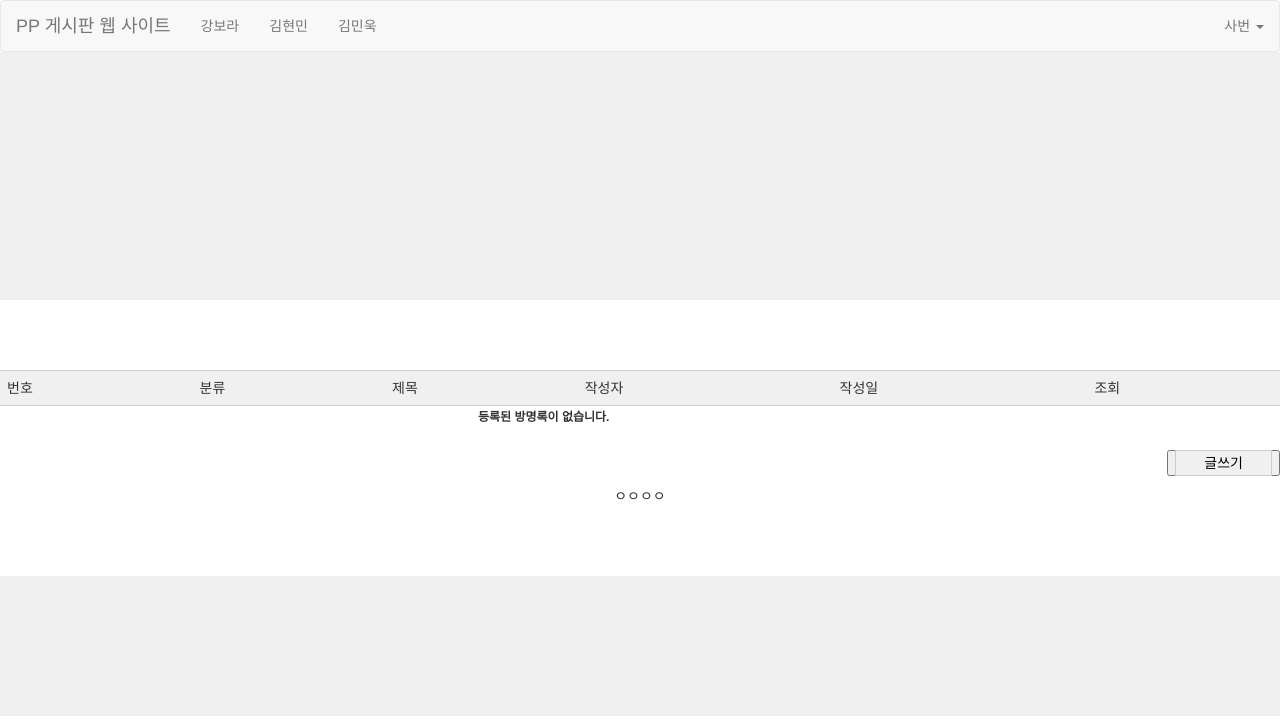
Repository: hyunminini/CommunityPage
Page: http://localhost/PP_Project/empMain.jsp
These files come from the project's save history. The page is drawn as it stood at one moment and after the next save; the edit follows.
The browser window is 1280 px wide. The pictures show the whole page.
Some web libraries are served in a nearby version. The page is served by Tomcat 9. Other server files are loaded and not shown. The template is opened directly, without the code that normally fills it, so the values that code supplies are empty.

Above is the page before, as saved 2022-09-28 07:25:38.

### PP_Project/WebContent/empMain.jsp
<%@ page language="java" contentType="text/html; charset=utf-8" pageEncoding="utf-8"%>
<%@ taglib prefix="c" uri="http://java.sun.com/jsp/jstl/core" %>
<%@ taglib prefix="fn" uri="http://java.sun.com/jsp/jstl/functions" %>

<!DOCTYPE html>
<html>
<head>
<meta http-equiv="Content-Type" content="text/html; charset=utf-8">
<meta name="viewport" content="width=device-width" initial-scal="1">
<link rel="stylesheet" href="css/bootstrap.css">
<link rel="stylesheet" href="css/layout.css">
<link rel="stylesheet" href="css/board-list.css">
<title>Main.jsp</title>


</head>
<body>

<!-- 네비게이션 -->
<nav class="navbar navbar-default">
		<!-- 네비게이션 상단 Header  -->
		<div class="navnar-header">
			<button
				type="button"
				class="navbar-toggle collapese"
				data-toggle="collapse"
				data-target="#bs-example-navbar-collapse-1"
				aria-expanded="false">

				<span class="icon-bar"></span>
				<span class="icon-bar"></span>
				<span class="icon-bar"></span>
			</button>
			<a class="navbar-brand" href="main.jsp">
				PP 게시판 웹 사이트
			</a>
		</div>

		<!-- 메뉴 영역 깃허브 링크 이동 -->
		<div class="collapse navbar-collapse" id="bs-example-navbar-collapse-1">
			<ul class="nav navbar-nav">
				<li><a href="#">강보라</a></li>
				<li><a href="#">김현민</a></li>
				<li><a href="#">김민욱</a></li>
			</ul>

			<!-- 메뉴 드랍다운 영역 -->
			<ul class="nav navbar-nav navbar-right">
				<li class="dropdown">
					<a href="#"
						class="dropdown-toggle"
						data-toggle="dropdown"
						role="button"
						aria-haspopup="true"
						aria-expanded="false"
					>
						사번  ${sessionScope.empno}

					<span class="caret"></span>
					</a>

				<!-- 드랍다운 아이템 영역 -->
				<ul class="dropdown-menu">
					<li class="active">
						<a href="logoutAction.jsp">로그아웃</a>
					</li>
				</ul>
			</li>
		</ul>
	</div>
</nav>

	<!-- 메인 이미지 -->
<div class="mainImg"></div>




<table align="center" border="0" cellpadding="5" cellspacing="2" width="100%" bordercolordark="white" bordercolorlight="black">

	<tr class="list-title">
        <td>
        	<p>번호</p>
        </td>
        <td>
			<p>분류</p>
        </td>
        <td>
			<p>제목</p>
        </td>
        <td>
			<p>작성자</p>
        </td>
        <td>
			<p>작성일</p>
        </td>
        <td>
			<p>조회</p>
        </td>
    </tr>

 	<c:if test="${empty Main || fn:length(Main) == 0}">
		<tr>
	        <td colspan="5">
	            <p align="center"><b><span style="font-size:9pt;">등록된 방명록이 없습니다.</span></b></p>
	        </td>
	    </tr>
	</c:if>
		<c:forEach items="${requestScope.admin_entity}" var="data">

				    <tr class="board-list">
				        <td>
				            <p>공지사항</p>
				        </td>
				        <td>
				            <p>${data.category}</p>
				        </td>

			     		<td >
				            <p>
				           		<a href="ppProject.do?command=read&board_cnum=${data.board_cnum}"> <strong>${data.title}</strong></a>
				            </p>
				        </td>

				       <td>
				            <p>${data.ename}</p>
				        </td>
				        <td >
				            <p>${data.write_date}</p>
				        </td>
				        <td>
				            <p>${data.readnum}</p>
				        </td>
				    </tr>

			</c:forEach>
	<%-- ArrayList에  BoardDTO 객체를 하나하나 data라는 반복 대입해서 사용 --%>
	<c:forEach items="${requestScope.Main}" var="data">
		    <tr class="board-list">
		        <td>
		            <p>${data.board_cnum}</p>
		        </td>

		        <td>
		            <p>${data.category}</p>
		        </td>

	     		<td >
		            <p>
		           		<a href="board.do?command=read&board_cnum=${data.board_cnum}">${data.title}</a>
		            </p>
		        </td>

		       <td>
		            <p>${data.ename}</p>
		        </td>
		        <td >
		            <p>${data.write_date}</p>
		        </td>
		        <td>
		            <p>${data.readnum}</p>
		        </td>
		    </tr>
	</c:forEach>


</table>
<div class="add-wrap">
	<form action="board.do" method="post">

	<button type="submit"><a href="board.do?command=write&empno=${empno}">글쓰기</a></button>


	<input type="hidden" name="empno" value="${empno}"></input>

	</form>
</div>

<div style="width:100vw; text-align: center; margin-top: 10px;">
<c:forEach begin="1" end="${lastpage}" varStatus="i">
	<a href="http://localhost:8082/PP_Project/board.do?vpage=${i.count}">${i.count}</a>
</c:forEach>
	ㅇㅇㅇㅇ

</div>

<footer>
	<div class="max-wrap">

	</div>
</footer>

<script src="https://code.jquery.com/jquery-3.1.1.min.js"></script>
<script src="js/bootstrap.js"></script>

</body>
</html>

### PP_Project/WebContent/css/layout.css
@charset "UTF-8";

	.navbar {
		margin: 0;
	}
	.mainImg {
		background: #f0f0f0;
		width: 100%;
		height: 248px;
	}

	footer {
		width:100%;
		height: 10em;
		margin: 0 auto;
		background: #f0f0f0;
		margin-top: 5em;
	}

### PP_Project/WebContent/css/board-list.css
@charset "UTF-8";

table {
	margin-top: 5em;
}

.list-title {
}

.list-title td {
	background: #f0f0f0;
	border-top: 1px solid #ccc;
	border-bottom: 1px solid #ccc;
}

.list-title p {
	margin: 0;
	padding: 0.5em;
}

.board-list td {
	border-bottom: 1px solid #ccc;
}

.board-list p {
	margin: 0;
	padding: 0.5em;
}

.board-list p a {
	color: #000;
}

.add-wrap a {
	padding: 0.3em 2em 0.3em 2em;
	background: #f0f0f0;
	border: 1px solid #ccc;
	color: #000;
}

.add-wrap {
	margin-top: 1em;
	text-align:right;
}

Loaded but not shown: PP_Project/WebContent/css/bootstrap.css (library); PP_Project/WebContent/js/bootstrap.js (library)

After the next save:
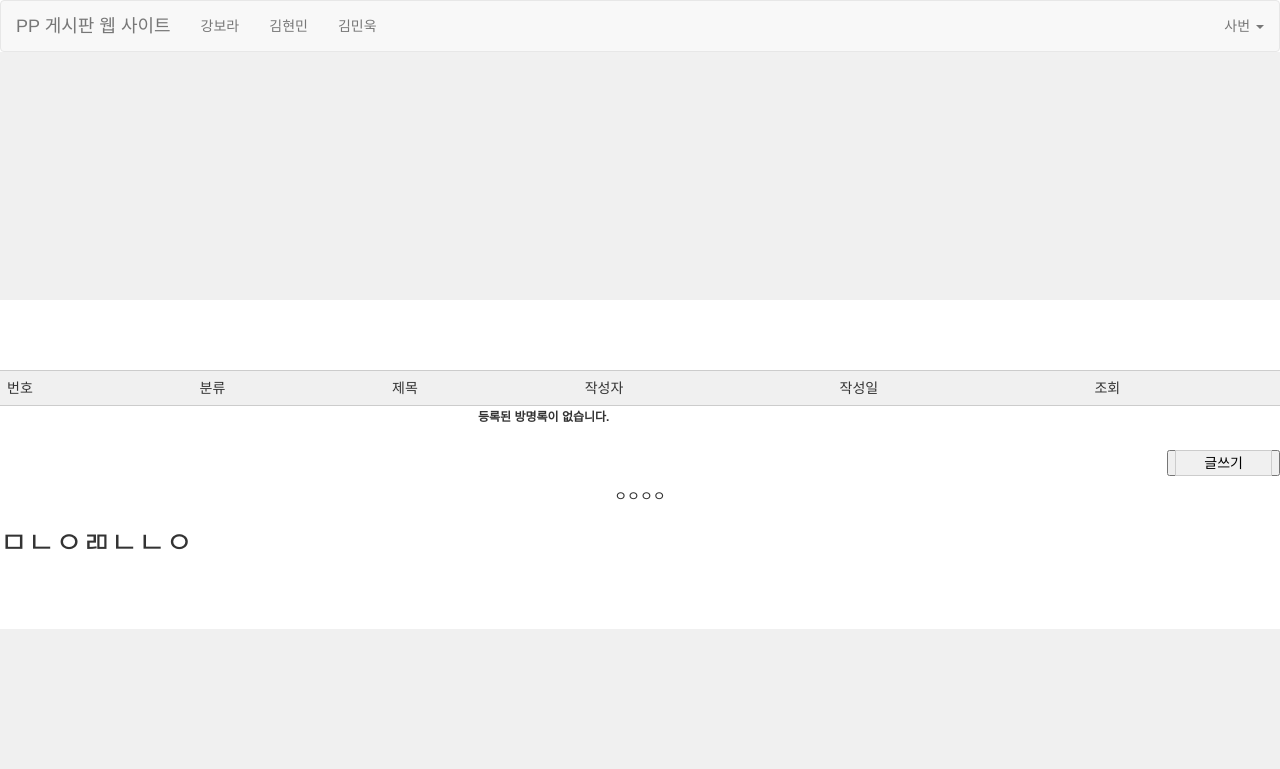
Saved 27 s later.
--- a/PP_Project/WebContent/empMain.jsp
+++ b/PP_Project/WebContent/empMain.jsp
@@ -184,6 +184,9 @@
 
 </div>
 
+<div>
+	<h2>ㅁㄴㅇㄻㄴㄴㅇ</h2>
+</div>
 <footer>
 	<div class="max-wrap">
 
